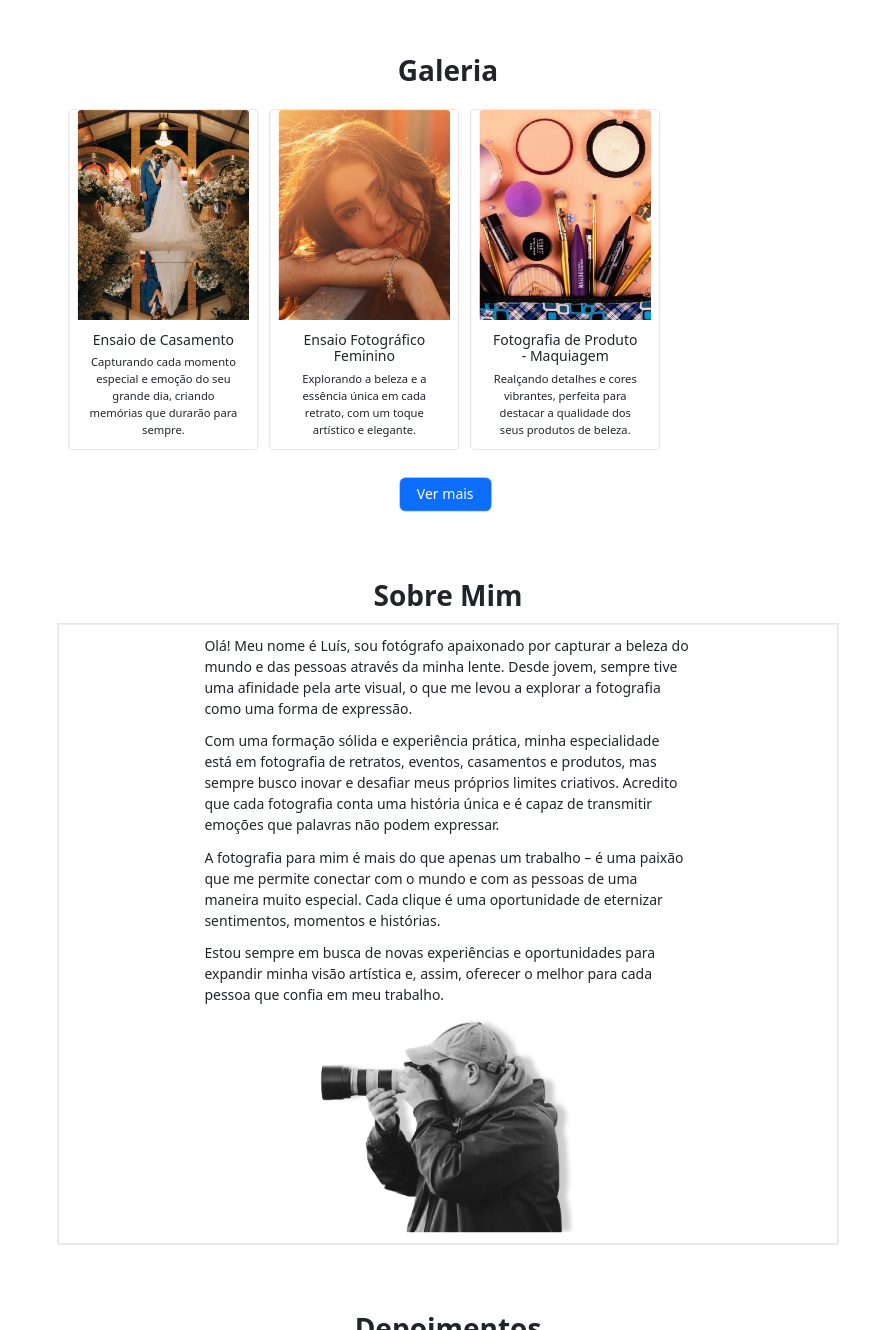
Repository: Marinalr-25/portifolio-fotografia
Page: index.html
These files come from the project's save history. The page is drawn as it stood at one moment and after the next save; the edit follows.
The browser window is 1280 px wide. The pictures show the part of the page from y = 556 to 2456 px (the page is 2833 px tall), at 70% of full size.
A picture or video elsewhere on the page could not be fetched, so the positions and the page height are approximate.

Above is the page before, as saved 2025-01-19 21:28:28.

After the next save:
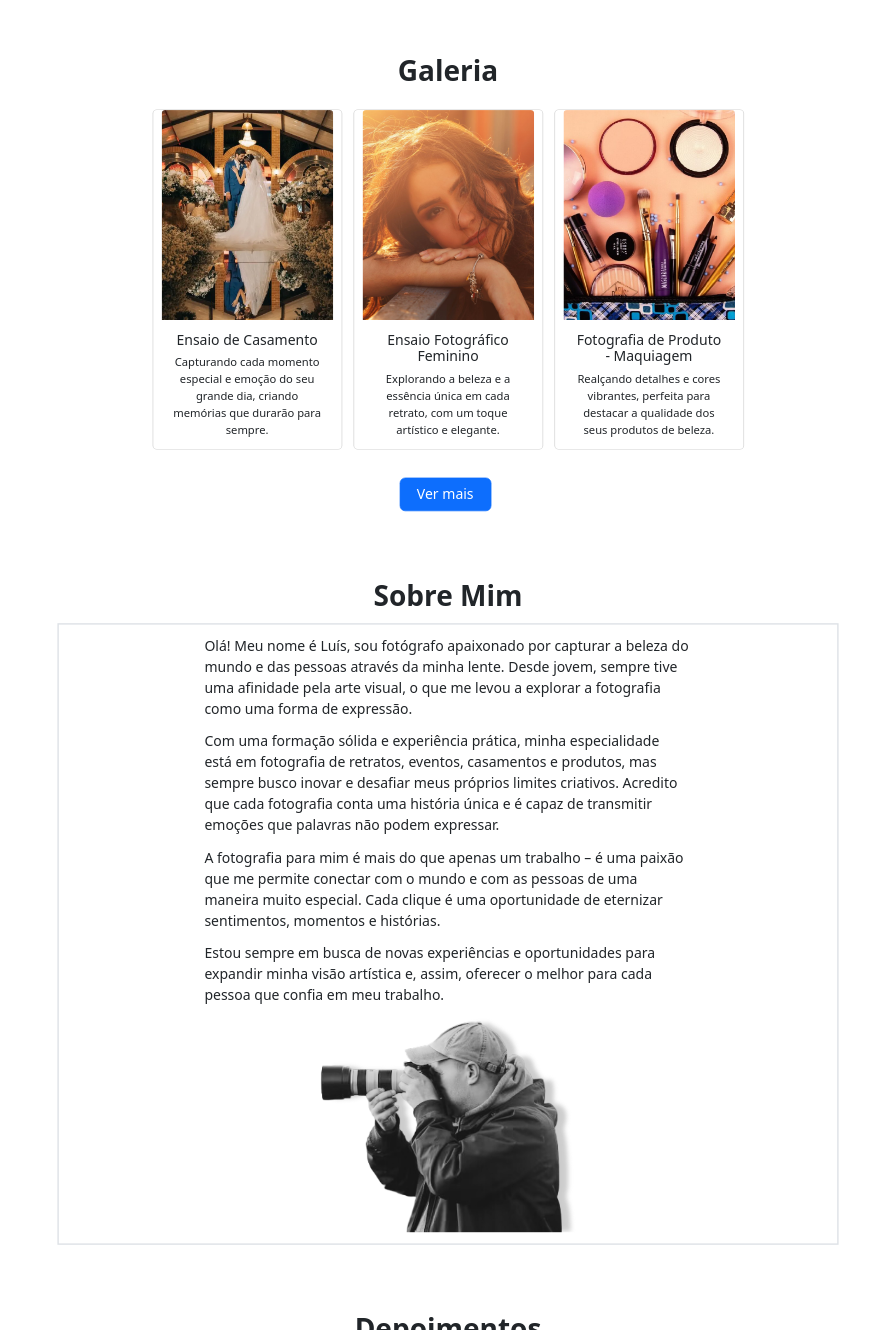
Saved 52 s later.
--- a/index.html
+++ b/index.html
@@ -107,7 +107,7 @@
     <!-- Galeria -->
     <div id="galeria" class="container col-xxl-8 px-4 py-5 p-4 text-center">
       <h1 class="fw-bold mb-3">Galeria</h1>
-      <div class="row p-3 gap-3">
+      <div class="row p-3 justify-content-center gap-3">
         <div class="card col-lg-3 col-12 mb-4">
           <img
             src="src/casamento.webp"
